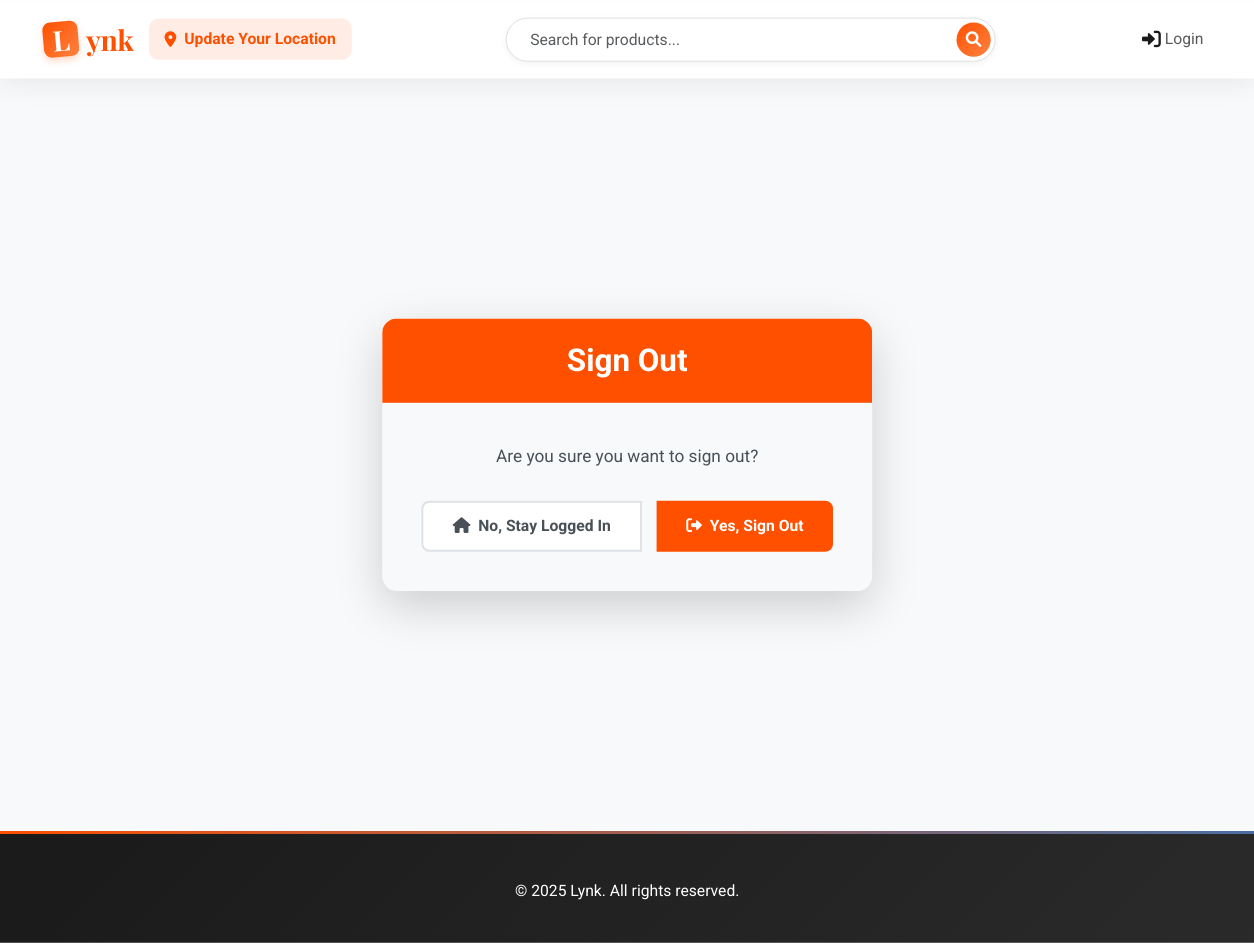
Repository: mustafamagdym5/Lynk
Page: users/templates/users/logout.html
An editor plug-in stored every save of this project. The page is shown before and after a run of saves, followed by the edit.
The browser window is 1280 px wide. The pictures show the whole page, at 98% of full size.
The template is drawn by Django 4.2. The application's start-up code is not run. Other server files are loaded and not shown. The template is opened directly, without the code that normally fills it, so the values that code supplies are empty.

Above is the page before, as saved 2025-04-30 20:38:32.

### lynk/users/templates/users/logout.html
{% extends "base.html" %}

{% block cart %}{% endblock cart %}
{% block form %}{% endblock form %}

{% block content %}
<style>
    .logout-container {
        background-color: #f8f9fa;
        min-height: 100vh;
        display: flex;
        justify-content: center;
        align-items: center;
        padding: 2rem;
    }
    .logout-card {
        border: none;
        border-radius: 15px;
        box-shadow: 0 10px 30px rgba(0, 0, 0, 0.1);
        width: 100%;
        max-width: 500px;
        overflow: hidden;
    }
    .logout-header {
        background-color: #FF5000;
        color: white;
        padding: 1.5rem;
        text-align: center;
    }
    .logout-title {
        font-weight: 700;
        font-size: 2rem;
        margin: 0;
    }
    .logout-body {
        padding: 2.5rem;
        text-align: center;
    }
    .logout-message {
        font-size: 1.1rem;
        color: #495057;
        margin-bottom: 2rem;
    }
    .btn-logout {
        background-color: #FF5000;
        color: white;
        font-weight: 600;
        padding: 0.75rem 1.5rem;
        border: none;
        border-radius: 8px;
        transition: all 0.3s ease;
    }
    .btn-logout:hover {
        background-color: #e04800;
        transform: translateY(-2px);
        box-shadow: 0 4px 8px rgba(255, 80, 0, 0.2);
    }
    .btn-cancel {
        background-color: white;
        color: #495057;
        border: 2px solid #dee2e6;
        font-weight: 600;
        padding: 0.75rem 1.5rem;
        border-radius: 8px;
        transition: all 0.3s ease;
    }
    .btn-cancel:hover {
        background-color: #f8f9fa;
        border-color: #FF5000;
        color: #FF5000;
    }
    .btn-group {
        display: flex;
        gap: 1rem;
        justify-content: center;
    }
</style>

<div class="logout-container">
    <div class="logout-card shadow-lg">
        <div class="logout-header">
            <h1 class="logout-title">Sign Out</h1>
        </div>
        <div class="logout-body">
            <form method="post">
                {% csrf_token %}
                <p class="logout-message">Are you sure you want to sign out?</p>
                <div class="btn-group">
                    <button type="button" onclick="goHome()" class="btn btn-cancel">
                        <i class="fas fa-home me-2"></i>No, Stay Logged In
                    </button>
                    <button type="submit" class="btn btn-logout">
                        <i class="fas fa-sign-out-alt me-2"></i>Yes, Sign Out
                    </button>
                </div>
            </form>
        </div>
    </div>
</div>

<script>
    function goHome() {
        window.location = "{% url 'home:home_page' %}";
    }
</script>

<!-- Font Awesome for icons -->
<link rel="stylesheet" href="https://cdnjs.cloudflare.com/ajax/libs/font-awesome/6.0.0/css/all.min.css">
{% endblock %}

### lynk/lynk/templates/base.html
{% load static %}

<!DOCTYPE html>
<html lang="en">
<head>
    <meta charset="UTF-8">
    <meta name="viewport" content="width=device-width, initial-scale=1.0">
    <meta name="description" content="Lynk is a delivery management system">
    <link rel="stylesheet" href="https://cdnjs.cloudflare.com/ajax/libs/font-awesome/6.7.2/css/all.min.css">
    <link href="https://cdn.jsdelivr.net/npm/bootstrap@5.3.5/dist/css/bootstrap.min.css" rel="stylesheet">
    <link href="https://fonts.googleapis.com/css2?family=Roboto:wght@400;700&family=Playfair+Display:wght@700&display=swap" rel="stylesheet">
    <link rel="icon" href="{% static 'logo/logo.png' %}">
    <link rel="stylesheet" href="https://unpkg.com/leaflet@1.9.4/dist/leaflet.css" integrity="sha256-p4NxAoJBhIIN+hmNHrzRCf9tD/miZyoHS5obTRR9BMY=" crossorigin="" />
    <script src="https://unpkg.com/leaflet@1.9.4/dist/leaflet.js" integrity="sha256-20nQCchB9co0qIjJZRGuk2/Z9VM+kNiyxNV1lvTlZBo=" crossorigin=""></script>

    <title>Lynk</title>
    <style>
        :root {
            --lynk-primary: #FF5000;
            --lynk-primary-light: #ff8240;
            --lynk-primary-dark: #cc4000;
            --lynk-light: #ffffff;
            --lynk-dark: #1a1a1a;
            --lynk-gray: #f8f9fa;
            --lynk-accent: #4a6fa5;
        }

        body {
            display: flex;
            flex-direction: column;
            min-height: 100vh;
            margin: 0;
            padding: 0;
            background-color: var(--lynk-gray);
            color: var(--lynk-dark);
            font-family: 'Roboto', sans-serif;
            line-height: 1.6;
        }

        .full-width-container {
            width: 100%;
            max-width: 100%;
            margin: 0;
            padding: 0;
        }

        header {
            width: 100%;
            background-color: var(--lynk-light);
            box-shadow: 0 4px 30px rgba(0, 0, 0, 0.08);
            position: sticky;
            top: 0;
            z-index: 1000;
        }

        .lynk-navbar {
            padding: 0.75rem 2rem;
            max-width: 1400px;
            margin: 0 auto;
        }

        .lynk-navbar.scrolled {
            padding: 0.5rem 2rem;
            box-shadow: 0 2px 20px rgba(0, 0, 0, 0.1);
        }

        main {
            flex: 1;
            width: 100%;
            padding: 2rem 0;
        }

        footer {
            width: 100%;
            background: linear-gradient(135deg, var(--lynk-dark), #2a2a2a);
            color: var(--lynk-light);
            padding: 3rem 0 1.5rem;
            text-align: center;
            position: relative;
        }

        footer:before {
            content: '';
            position: absolute;
            top: 0;
            left: 0;
            margin: 0;
            width: 100%;
            height: 3px;
            background: linear-gradient(90deg, var(--lynk-primary), var(--lynk-accent));
        }

        .lynk-brand {
            font-weight: 700;
            font-size: 1.8rem;
            font-family: 'Playfair Display', serif;
            color: var(--lynk-primary);
            letter-spacing: -0.5px;
            transition: all 0.3s ease;
        }

        .lynk-brand-icon {
            display: inline-flex;
            width: 36px;
            height: 36px;
            background: linear-gradient(135deg, var(--lynk-primary), var(--lynk-primary-light));
            color: var(--lynk-light);
            border-radius: 8px;
            text-align: center;
            align-items: center;
            justify-content: center;
            margin-right: 8px;
            transform: rotate(-5deg);
            box-shadow: 0 4px 8px rgba(255, 80, 0, 0.2);
            transition: all 0.3s ease;
        }

        .lynk-brand:hover .lynk-brand-icon {
            transform: rotate(0deg);
        }

        .location-btn {
            position: relative;
            background: rgba(255, 80, 0, 0.1);
            color: var(--lynk-primary);
            border-radius: 10px;
            border: none;
            padding: 0.5rem 1rem;
            font-weight: 600;
            transition: all 0.3s cubic-bezier(0.25, 0.8, 0.25, 1);
            overflow: hidden;
            z-index: 1;
            display: flex;
            align-items: center;
            white-space: nowrap;
        }

        .location-btn:hover {
            background-color: var(--lynk-primary);
            color: white;
            transform: translateY(-2px);
            box-shadow: 0 4px 12px rgba(255, 80, 0, 0.3);
        }

        .location-pulse {
            position: absolute;
            width: 100%;
            height: 100%;
            top: 0;
            left: 0;
            background: rgba(255, 80, 0, 0.2);
            border-radius: 10px;
            opacity: 0;
            z-index: -1;
        }

        .location-btn:hover .location-pulse {
            animation: pulse 1.5s ease-out infinite;
        }

        @keyframes pulse {
            0% {
                transform: scale(1);
                opacity: 0.8;
            }
            70% {
                transform: scale(1.15);
                opacity: 0;
            }
            100% {
                transform: scale(1);
                opacity: 0;
            }
        }

        .lynk-search-container {
            position: relative;
            width: 100%;
            max-width: 500px;
            margin: 0 auto;
        }

        .lynk-search-input {
            border-radius: 50px !important;
            padding-left: 1.5rem;
            padding-right: 3rem;
            border: 1px solid #e0e0e0;
            transition: all 0.3s ease;
            height: 45px;
            box-shadow: 0 2px 8px rgba(0,0,0,0.05);
        }

        .lynk-search-input:focus {
            border-color: var(--lynk-primary);
            box-shadow: 0 0 0 0.25rem rgba(255, 80, 0, 0.15);
        }

        .lynk-search-btn {
            position: absolute;
            right: 5px;
            top: 5px;
            width: 35px;
            height: 35px;
            border-radius: 50% !important;
            background: linear-gradient(135deg, var(--lynk-primary), var(--lynk-primary-light));
            color: white;
            border: none;
            display: flex;
            align-items: center;
            justify-content: center;
            transition: all 0.3s ease;
        }

        .lynk-search-btn:hover {
            background: linear-gradient(135deg, var(--lynk-primary-dark), var(--lynk-primary));
            transform: scale(1.05);
        }

        .lynk-cart-link {
            position: relative;
            display: flex;
            align-items: center;
            padding: 0.5rem 0.75rem;
            border-radius: 50px;
            transition: all 0.3s ease;
            margin-right: 0.5rem;
        }

        .lynk-cart-link:hover {
            background: rgba(255, 80, 0, 0.1);
        }

        .lynk-cart-icon {
            font-size: 1.2rem;
            color: var(--lynk-dark);
            transition: all 0.3s ease;
        }

        .lynk-cart-link:hover .lynk-cart-icon {
            color: var(--lynk-primary);
            transform: scale(1.1);
        }

        .lynk-cart-badge {
            position: absolute;
            top: -5px;
            right: 0;
            background: var(--lynk-primary);
            color: white;
            border-radius: 50%;
            width: 20px;
            height: 20px;
            display: flex;
            align-items: center;
            justify-content: center;
            font-size: 0.65rem;
            font-weight: 700;
            transition: all 0.3s ease;
        }

        .lynk-cart-link:hover .lynk-cart-badge {
            transform: scale(1.1);
            box-shadow: 0 2px 5px rgba(255, 80, 0, 0.3);
        }

        .lynk-account-dropdown {
            position: relative;
        }

        .lynk-account-toggle {
            display: flex;
            align-items: center;
            padding: 0.5rem 0.75rem;
            border-radius: 50px;
            transition: all 0.3s ease;
        }

        .lynk-account-toggle:hover {
            background: rgba(255, 80, 0, 0.1);
        }

        .lynk-account-icon {
            font-size: 1.2rem;
            color: var(--lynk-dark);
            transition: all 0.3s ease;
        }

        .lynk-account-toggle:hover .lynk-account-icon {
            color: var(--lynk-primary);
        }

        .lynk-dropdown-menu {
            border: none;
            border-radius: 12px;
            padding: 0.5rem 0;
            box-shadow: 0 10px 30px rgba(0, 0, 0, 0.1);
            margin-top: 0.25rem;
            min-width: 200px;
            border: 1px solid rgba(0,0,0,0.05);
        }

        .lynk-dropdown-item {
            padding: 0.5rem 1.5rem;
            font-weight: 500;
            color: var(--lynk-dark);
            transition: all 0.2s ease;
            display: flex;
            align-items: center;
        }

        .lynk-dropdown-item i {
            margin-right: 0.75rem;
            width: 20px;
            text-align: center;
        }

        .lynk-dropdown-item:hover, .lynk-dropdown-item:focus {
            background: linear-gradient(135deg, var(--lynk-primary), var(--lynk-primary-light));
            color: white;
            padding-left: 1.75rem;
        }

        @media (max-width: 992px) {
            .lynk-navbar {
                padding: 0.5rem 1rem;
            }

            .lynk-search-container {
                margin: 0.5rem 0;
                order: 3;
                width: 100%;
            }

            .lynk-cart-link, .lynk-account-toggle {
                padding: 0.5rem;
                margin-right: 0.25rem;
            }

            .lynk-cart-link span,
            .lynk-account-toggle span,
            .location-btn .btn-text {
                display: none;
            }

            .lynk-brand {
                font-size: 1.5rem;
            }
        }
    </style>
</head>
<body>
    <div class="lynk-decor decor-1"></div>
    <div class="lynk-decor decor-2"></div>

    <header>
        {% block header %}
        <nav class="navbar navbar-expand-lg navbar-light lynk-navbar sticky-top" id="mainNav">
            <div class="container-fluid">
                <div class="d-flex align-items-center">
                    <a class="navbar-brand lynk-brand me-3" href="{% url 'home:home_page' %}">
                        <span class="lynk-brand-icon">L</span>ynk
                    </a>
                </div>


                {% block location %}
                {% if request.user.latitude == 0 and request.user.longitude == 0 %}
                <a href="{% url 'location:home_location' %}" style="text-decoration: none;" >
                    <button class="location-btn me-3" id="addToLocationBtn">
                        <span class="location-pulse"></span>
                        <i class="fas fa-map-marker-alt me-2"></i>
                        <span class="btn-text">Add To Location</span>
                    </button>
                </a>
                {% else %}

                <a href="{% url 'location:home_location' %}" style="text-decoration: none;" >
                    <button class="location-btn me-3" id="addToLocationBtn">
                        <span class="location-pulse"></span>
                        <i class="fas fa-map-marker-alt me-2"></i>
                        <span class="btn-text">Update Your Location</span>
                    </button>
                </a>

                {% endif %}
                {% endblock location %}

                <button class="navbar-toggler" type="button" data-bs-toggle="collapse" data-bs-target="#lynkNavbar">
                    <span class="navbar-toggler-icon"></span>
                </button>

                <div class="collapse navbar-collapse" id="lynkNavbar">
                    <ul class="navbar-nav me-auto">
                        <!-- Left aligned items can go here -->
                    </ul>

                    <!-- Centered Search -->
                    <div class="d-flex justify-content-center w-100 mx-4">
                        <div class="lynk-search-container">
                            <form method="get" action="{% url 'category:search_results' %}" class="d-flex my-2 my-lg-0">
                                <input class="form-control lynk-search-input" type="search" placeholder="Search for products..." aria-label="Search" name="q">
                                <button class="btn lynk-search-btn" type="submit">
                                    <i class="fas fa-search"></i>
                                </button>
                            </form>
                        </div>
                    </div>

                    <ul class="navbar-nav ms-auto d-flex align-items-center">
                        {% if request.user.is_authenticated and request.user.role == 'customer' %}
                        {% block cart %}
                        <li class="nav-item">
                            <a class="nav-link lynk-cart-link" href="{% url 'cart:view_cart' %}">
                                <i class="fas fa-shopping-cart lynk-cart-icon"></i>
                                <span class="d-none d-lg-inline ms-1">Cart</span>
                                <span class="lynk-cart-badge">
                                    {% if cart_quantity %}{{ cart_quantity }}{% else %}0{% endif %}
                                </span>
                            </a>
                        </li>
                        {% endblock cart %}
                        {% endif %}

                        <li class="nav-item dropdown lynk-account-dropdown">
                            {% if user.is_authenticated %}
                            <a class="nav-link lynk-account-toggle" href="{% url 'users:logout' %}">
                                <i class="fas fa-sign-in-alt lynk-account-icon"></i>
                                <span class="d-none d-lg-inline ms-1">Logout</span>
                            </a>
                            {% else %}
                            <a class="nav-link lynk-account-toggle" href="{% url 'users:home_users' %}">
                                <i class="fas fa-sign-in-alt lynk-account-icon"></i>
                                <span class="d-none d-lg-inline ms-1">Login</span>
                            </a>
                            {% endif %}
                        </li>
                    </ul>
                </div>
            </div>
        </nav>
        {% endblock header %}
    </header>

    <main class="py-4">
        <div class="container-fluid px-0">
            {% block content %}
            {% endblock %}
        </div>
    </main>

    <footer>
        <div class="container">
            <p>&copy; 2025 Lynk. All rights reserved.</p>
        </div>
    </footer>

    <script src="https://cdn.jsdelivr.net/npm/bootstrap@5.3.5/dist/js/bootstrap.bundle.min.js"></script>
    <script>
        // Navbar scroll effect
        window.addEventListener('scroll', function() {
            const navbar = document.getElementById('mainNav');
            if (window.scrollY > 50) {
                navbar.classList.add('scrolled');
            } else {
                navbar.classList.remove('scrolled');
            }
        });

        // Initialize dropdowns
        document.addEventListener('DOMContentLoaded', function() {
            // Initialize all dropdowns
            var dropdownElementList = [].slice.call(document.querySelectorAll('.dropdown-toggle'));
            var dropdownList = dropdownElementList.map(function (dropdownToggleEl) {
                return new bootstrap.Dropdown(dropdownToggleEl);
            });

            // Initialize tooltips if needed
            var tooltipTriggerList = [].slice.call(document.querySelectorAll('[data-bs-toggle="tooltip"]'));
            var tooltipList = tooltipTriggerList.map(function (tooltipTriggerEl) {
                return new bootstrap.Tooltip(tooltipTriggerEl);
            });
        });
    </script>
    <link rel="stylesheet" href="https://unpkg.com/leaflet@1.9.4/dist/leaflet.css" integrity="sha256-p4NxAoJBhIIN+hmNHrzRCf9tD/miZyoHS5obTRR9BMY=" crossorigin="" />
    <script src="https://unpkg.com/leaflet@1.9.4/dist/leaflet.js" integrity="sha256-20nQCchB9co0qIjJZRGuk2/Z9VM+kNiyxNV1lvTlZBo=" crossorigin=""></script>

</body>
</html>

After the next 2 saves:
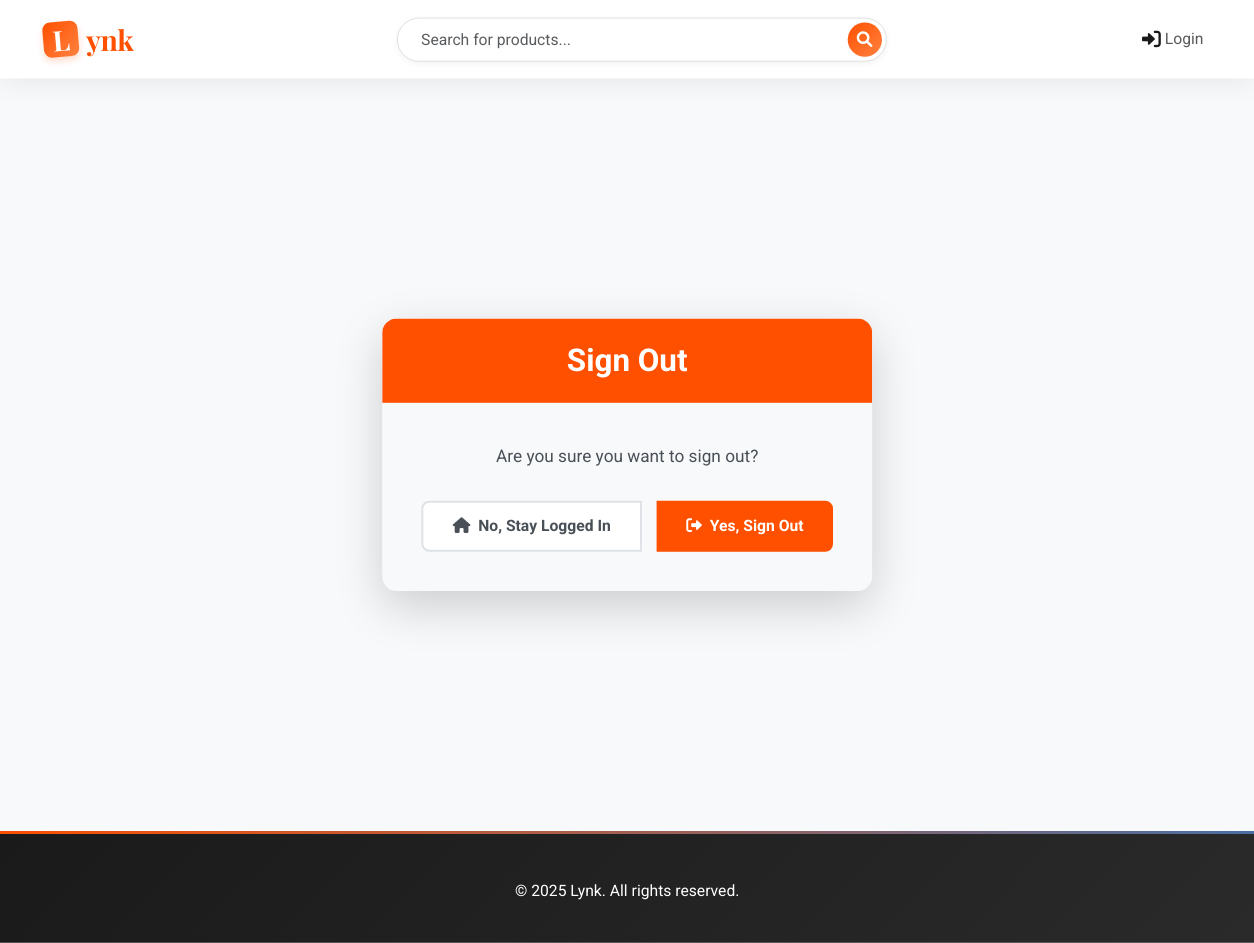
The 2 saves are shown as one change because they came seconds apart.
The last was saved 9 s later.
--- a/lynk/users/templates/users/logout.html
+++ b/lynk/users/templates/users/logout.html
@@ -2,6 +2,7 @@
 
 {% block cart %}{% endblock cart %}
 {% block form %}{% endblock form %}
+{% block location %}{% endblock location %}
 
 {% block content %}
 <style>
